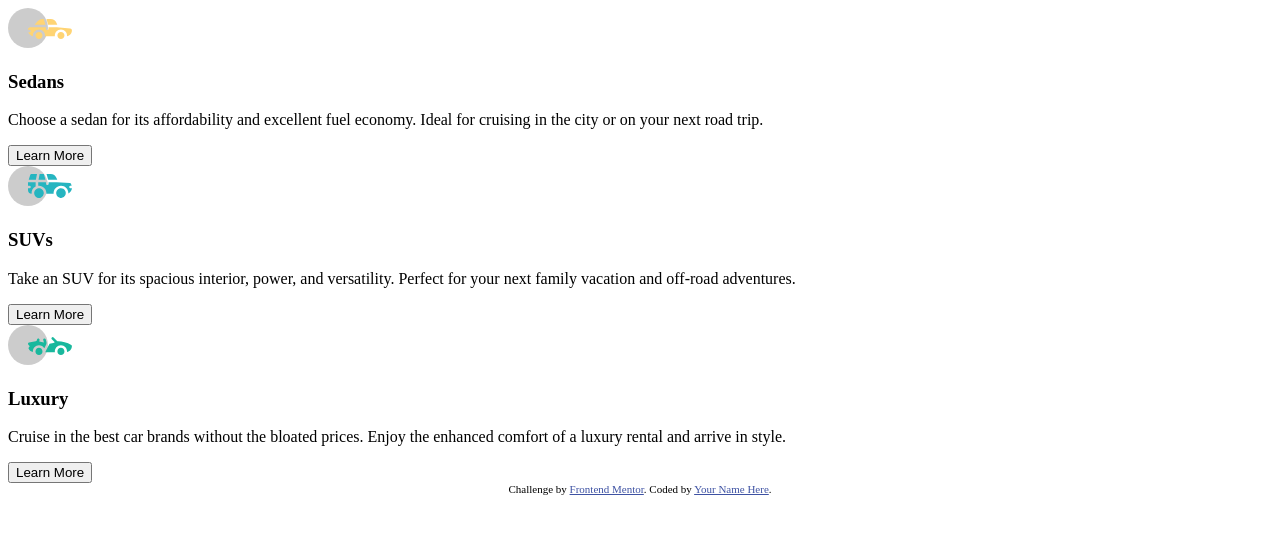
Repository: viniciussnt/3-column-preview-card
Page: index.html
The author's editor kept a copy of each file at every save. The page is drawn from the files as they stood at one save, then again after the next save.
The browser window is 1280 px wide. The pictures show the whole page.

Above is the page before, as saved 2023-09-15 10:36:09.

After the next save:
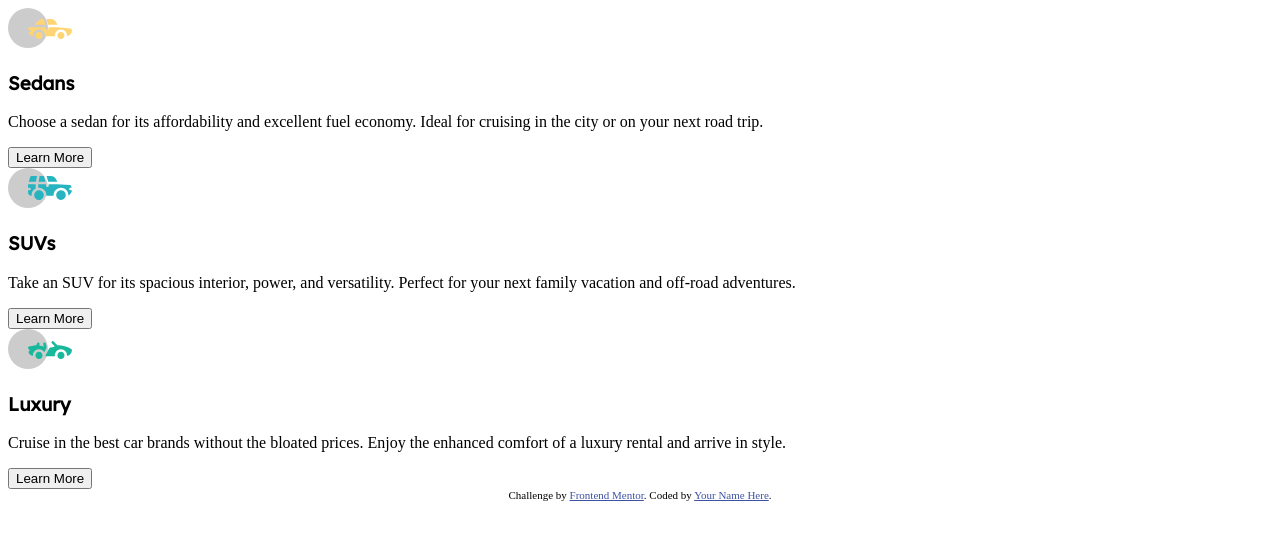
Saved 13 s later.
--- a/styles/style.css
+++ b/styles/style.css
@@ -12,5 +12,5 @@
 @import url('https://fonts.googleapis.com/css2?family=Big+Shoulders+Display:wght@700&display=swap');
 
 .title {
-    font-family: '';
+    font-family: 'Lexend Deca', sans-serif;
 }
